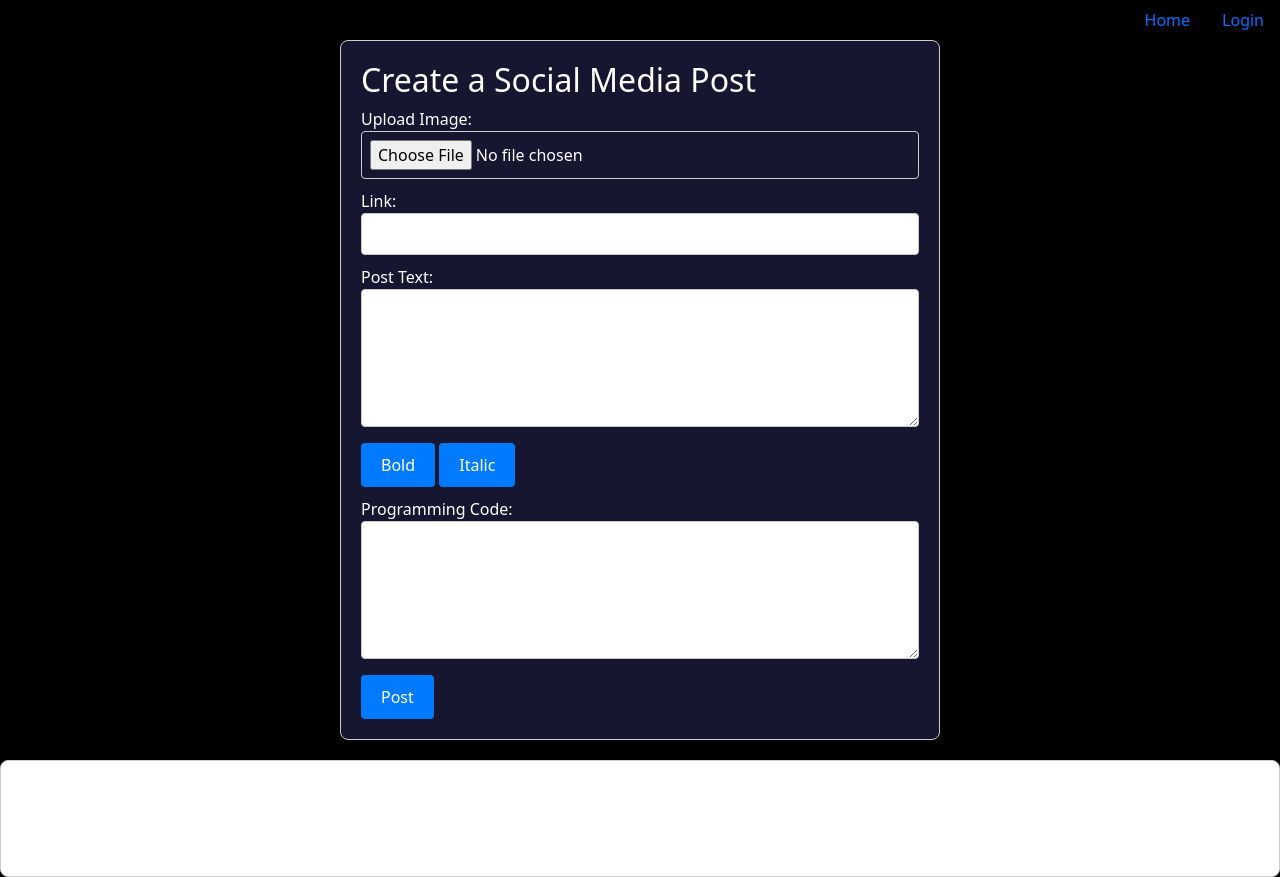
Repository: jaseem1999/sdCommunity
Page: http://localhost/sdCommunity/UserPost.jsp
The author's editor kept a copy of each file at every save. The page is drawn from the files as they stood at one save, then again after the next save.
The browser window is 1280 px wide. The pictures show the whole page.
The page is served by Tomcat 9.

Above is the page before, as saved 2023-09-29 14:49:38.

After the next save:
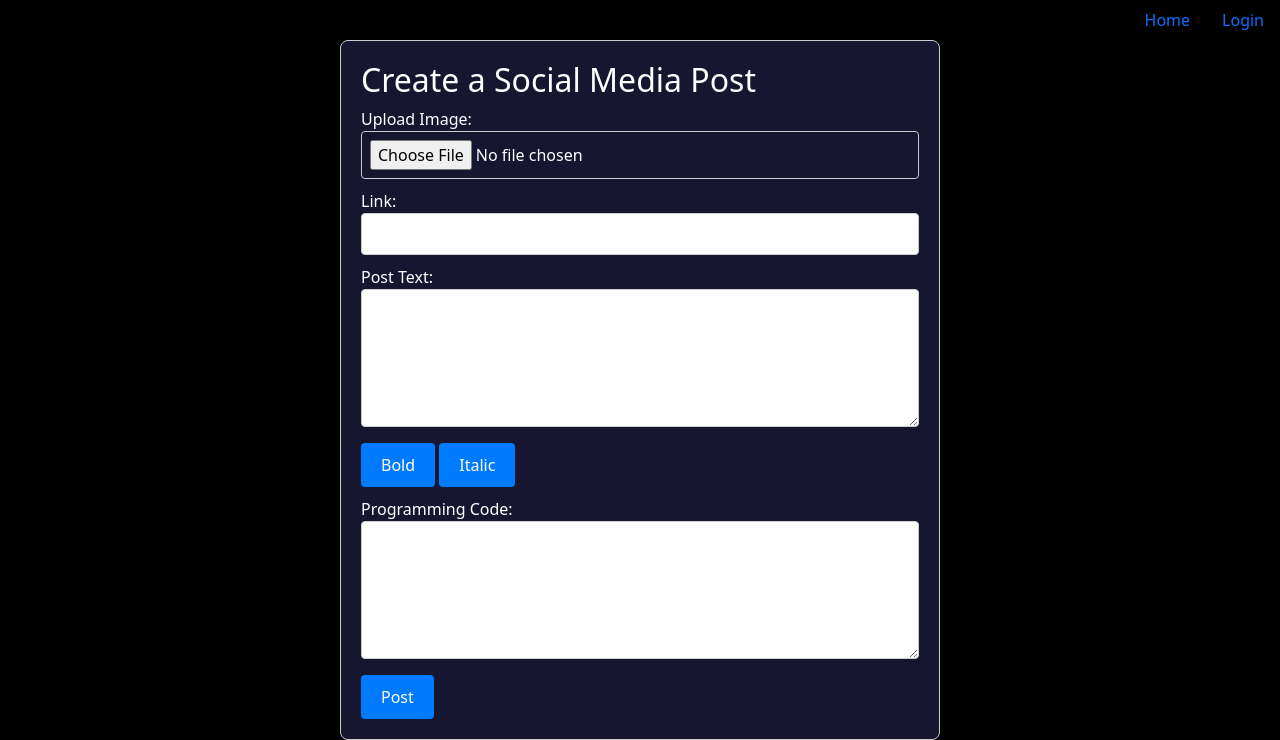
Saved 64 s later.
--- a/sdCommunity/src/main/webapp/UserPost.jsp
+++ b/sdCommunity/src/main/webapp/UserPost.jsp
@@ -199,15 +199,6 @@ String position = (String) session.getAttribute("position");
         </form>
     </div>
 
-    <div class="post-display" id="postDisplay">
-        <h2>Posted Content</h2>
-        <div id="displayContent">
-        	<p id=textShow></p>
-        	<a href="" id="showLink"></a>
-        	<img alt="" src="" id="imgShow">
-        	<pre id="showCode"></pre>
-        </div>
-    </div>
 
     <script>
         function makeBold() {
@@ -225,36 +216,13 @@ String position = (String) session.getAttribute("position");
             var afterText = textarea.value.substring(textarea.selectionEnd);
             textarea.value = beforeText + '<i>' + selectedText + '</i>' + afterText;
         }
-
-        document.querySelector('form').addEventListener('submit', function(e) {
-            e.preventDefault();
-
-            // Get form values
-            var image = document.getElementById('image').value;
-            var link = document.getElementById('link').value;
-            var text = document.getElementById('text').value;
-            var code = document.getElementById('code').value;
-            var codeLength = code.length;
-            console.log("The length of the code is:", codeLength);
-
-            // Display the content
-
-            if (image) {
-
-            }
-            if (link) {
-            	document.getElementById("showLink").href = link;
-            }
-            if (text) {
-            	 document.getElementById("textShow").innerHTML = text;
-            }
-            if (code) {
-            	document.getElementById("showCode").textContent = code;
-            }
-
-            // Scroll to the display section
-            document.getElementById('postDisplay').scrollIntoView({ behavior: 'smooth' });
-        });
-    </script>
+        var image = document.getElementById('image').value;
+        var link = document.getElementById('link').value;
+        var text = document.getElementById('text').value;
+        var code = document.getElementById('code').value;
+        var codeLength = code.length;
+        console.log("The length of the code is:", codeLength);
+
+     </script>
 </body>
 </html>
